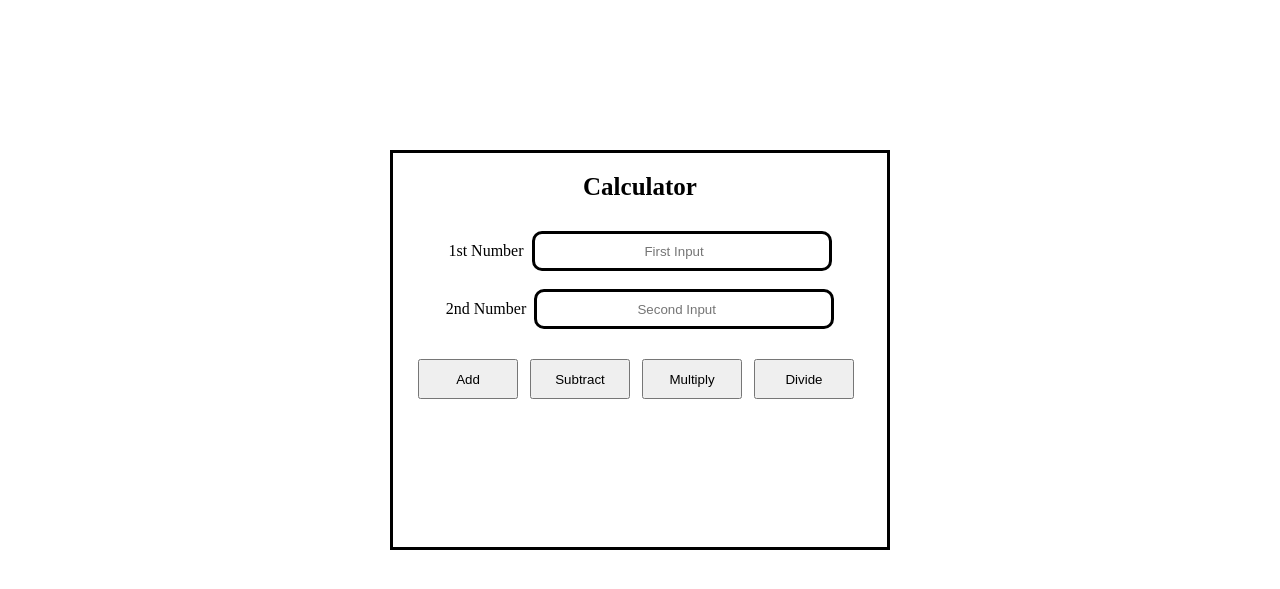
Repository: Shreyash1107/Intern_Projects
Page: Calculator/src/main/webapp/Calculator.html
These files come from the project's save history. The page is drawn as it stood at one moment and after the next save; the edit follows.
The browser window is 1280 px wide. The pictures show the whole page.

Above is the page before, as saved 2024-07-03 10:45:59.

### Calculator/src/main/webapp/Calculator.html
<!DOCTYPE html>
<html>
<head>
<meta charset="ISO-8859-1">
<title>Calculator</title>
<link rel="stylesheet" href="style.css"/>
</head>
<body>
		<center>
			<form>
				<div class="wrapper">
			<h4>Calculator</h4>
			<div class="container">
					<tr>
					<td>1st Number</td>&nbsp;
						<td><input type="number" name="First" value="" placeholder="First Input"</td>
					</tr>
					<br><br>
					<tr>
						<td>2nd Number</td>&nbsp;
						<td><input type="number" name="Second" value="" placeholder="Second Input"</td>
					</tr>
					<div class="Result">
					<input type="submit" name="a" value="Add" autocomplete="off">&nbsp;&nbsp;
					<input type="submit" name="b" value="Subtract" autocomplete="off">&nbsp;&nbsp;
					<input type="submit" name="c" value="Multiply" autocomplete="off">&nbsp;&nbsp;
					<input type="submit" name="d" value="Divide" autocomplete="off">&nbsp;&nbsp;
					</div>
			</div>
		</div>
			</form>
		</center>
</body>
</html>

### Calculator/src/main/webapp/style.css
@charset "ISO-8859-1";
*
{
	padding: 0;
	margin:0;
	box-sizing: border-box;
}
.wrapper
{
	width: 500px;
	height:400px;
	border: 3px solid black;
	margin:150px auto;
}
.wrapper h4
{
	padding-top: 20px;
	font-size: 25px;
}
.container
{
	padding-top: 30px;
}
.Result
{
	padding-top: 30px;
}
.container tr td
{
	font-weight: bold;
}
input[type="number"]
{
	width: 300px;
	height:40px;
	border: 3px solid black;
	border-radius: 10px;
}
input[type="number"]::placeholder
{
	text-align: center;
}
input[type="submit"]
{

	width: 100px;
	height: 40px;
}

After the next save:
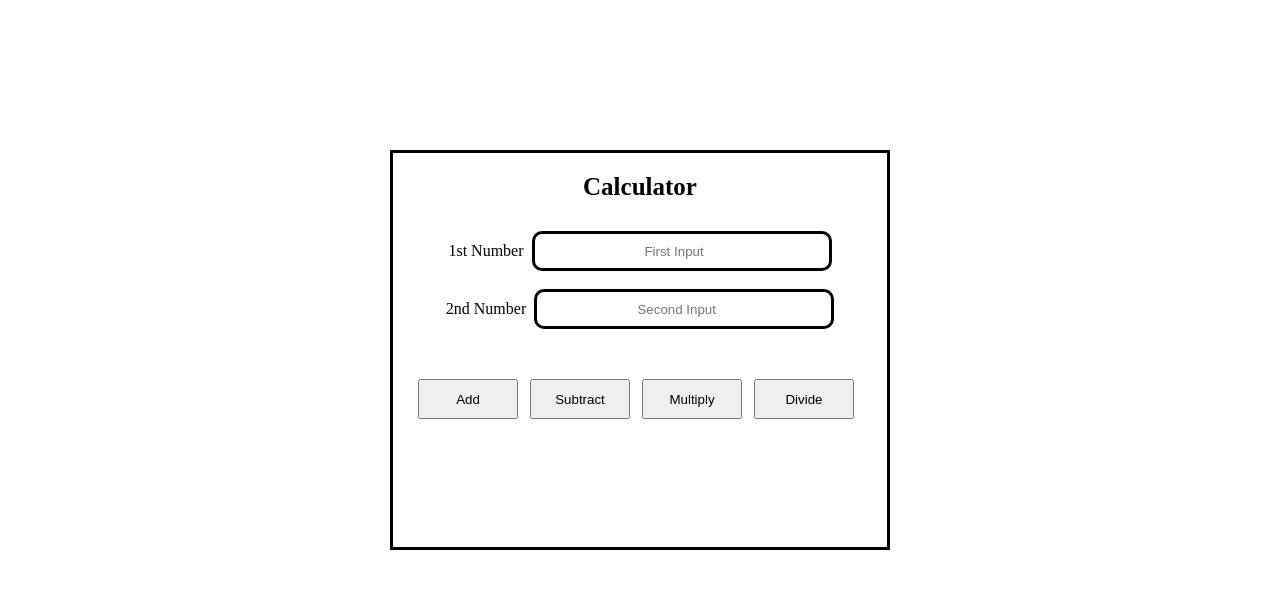
Saved 11 s later.
--- a/Calculator/src/main/webapp/style.css
+++ b/Calculator/src/main/webapp/style.css
@@ -23,7 +23,7 @@
 }
 .Result
 {
-	padding-top: 30px;
+	padding-top: 50px;
 }
 .container tr td
 {
